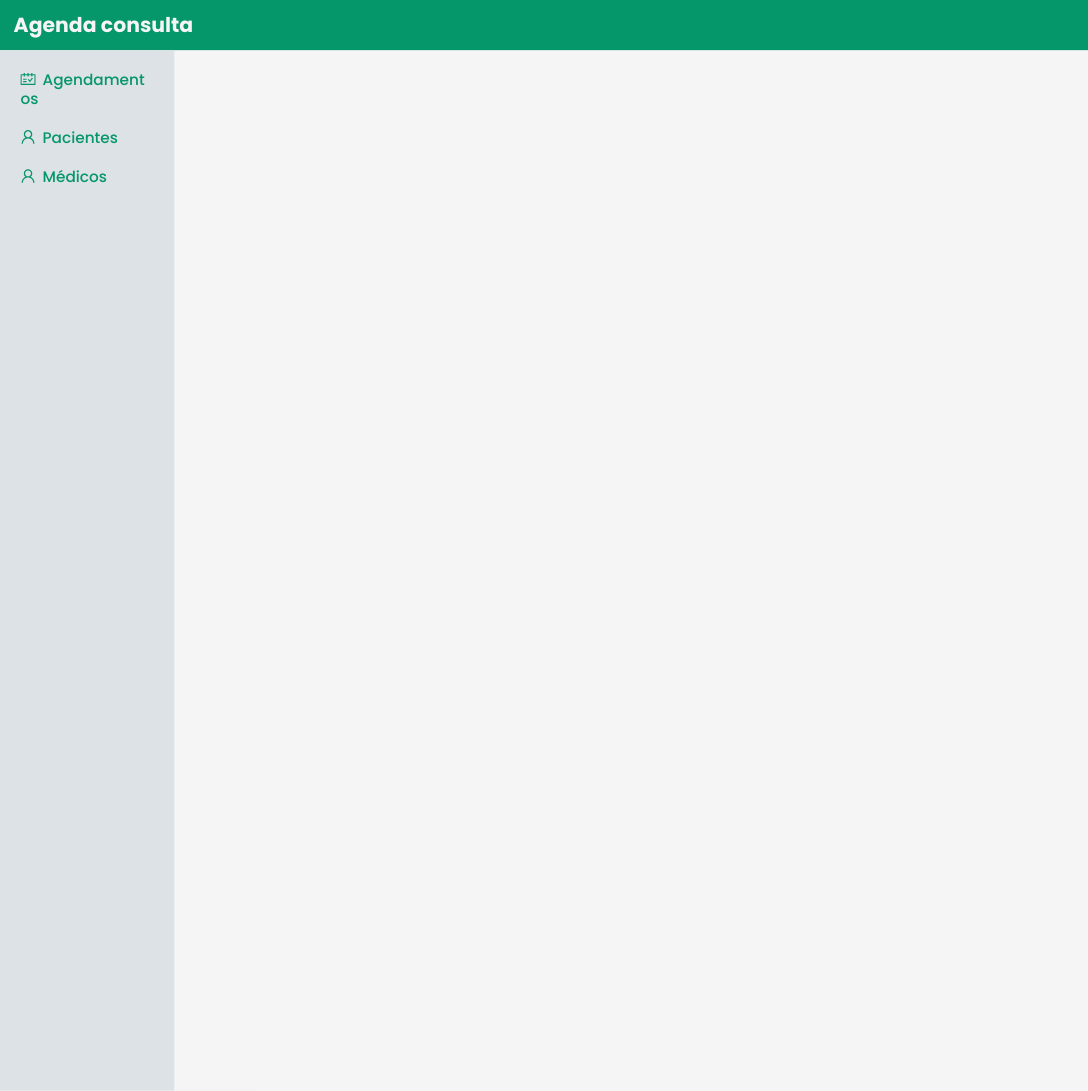
Repository: BarbaraCD/agendaconsulta
Page: /
An editor plug-in stored every save of this project. The page is shown before and after the next save, followed by the edit.
The browser window is 1280 px wide. The pictures show the whole page, at 85% of full size.
The project was rebuilt for these pictures with package versions that can differ from the ones it lists, and the page was loaded fresh each time. Also part of the build but not shown: vite.config.ts, src/styles/StyleList.ts, src/components/Doctors.tsx, src/services/ApiConfig.ts, src/services/doctor.services.ts, src/styles/InputContainer.ts, src/components/InputDoctors.tsx, src/components/SubmitButton.tsx and 10 more.

Above is the page before, as saved 2023-08-11 15:19:46.

After the next save:
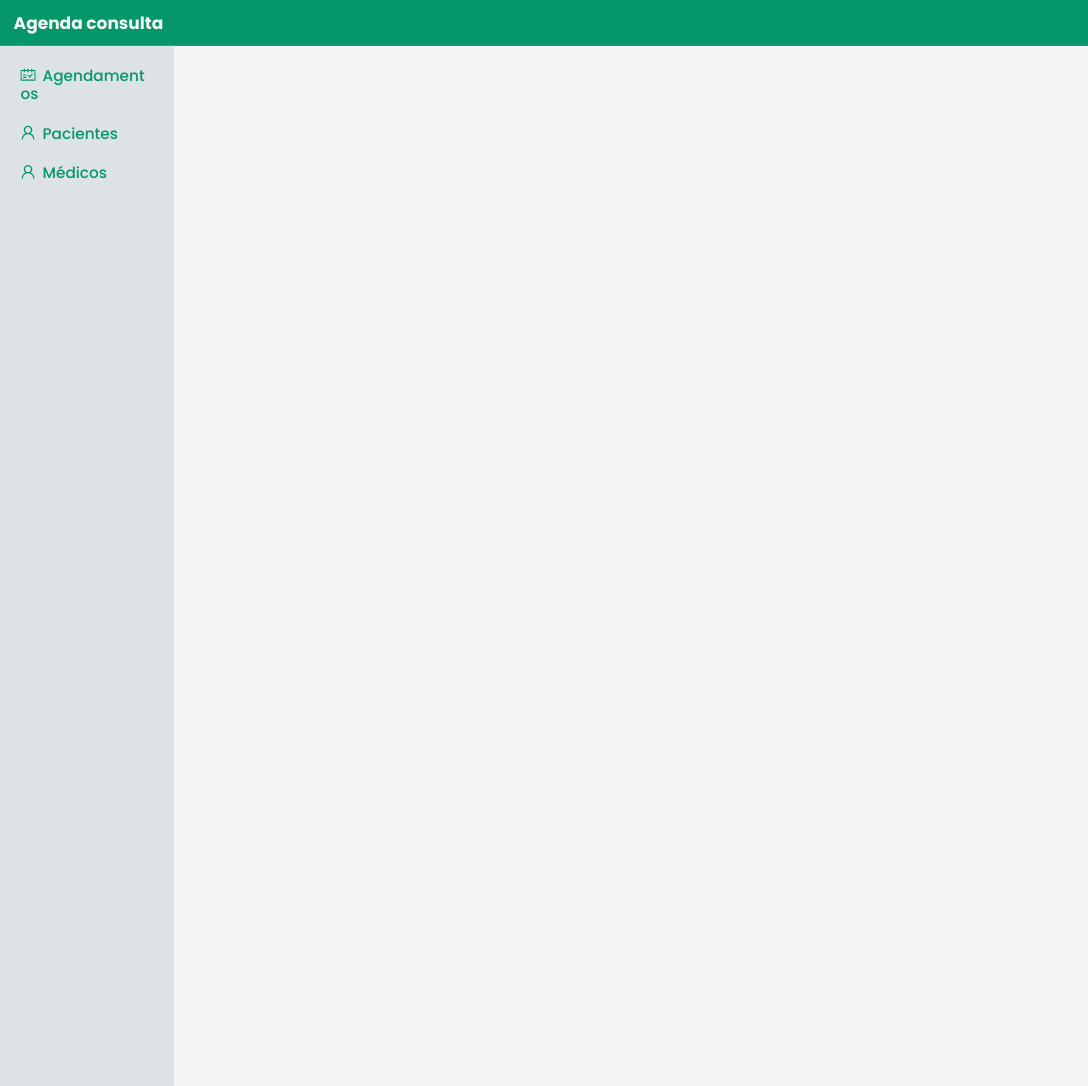
Saved 117 s later.
--- a/src/components/Header.tsx
+++ b/src/components/Header.tsx
@@ -1,34 +1,23 @@
-import { Link } from 'react-router-dom'
 import { styled } from 'styled-components'
 
 const Container = styled.div`
   background-color: ${(props) => props.theme.colors.primary};
   padding: 12px 16px;
-  width: 100%;
+  flex: 1;
+  min-width: 80px;
+  color: ${(props) => props.theme.colors.white};
   font-weight: 700;
-
-  @media (max-width: 768px) {
-    width: 80vw;
-    word-break: keep-all;
-  }
-`
-
-const StyleRoute = styled(Link)`
-  text-decoration: none;
-  font-size: ${(props) => props.theme.size.xxl};
-  color: ${(props) => props.theme.colors.white};
-  overflow: hidden;
-
-  @media (max-width: 768px) {
-    font-size: ${(props) => props.theme.size.lg};
-    margin-bottom: 8px;
+  a {
+    text-decoration: none;
+    color: ${(props) => props.theme.colors.white};
+    word-break: normal;
   }
 `
 
 export function Header() {
   return (
     <Container>
-      <StyleRoute to="/">Agenda consulta</StyleRoute>
+      <a href="/">Agenda consulta</a>
     </Container>
   )
 }
